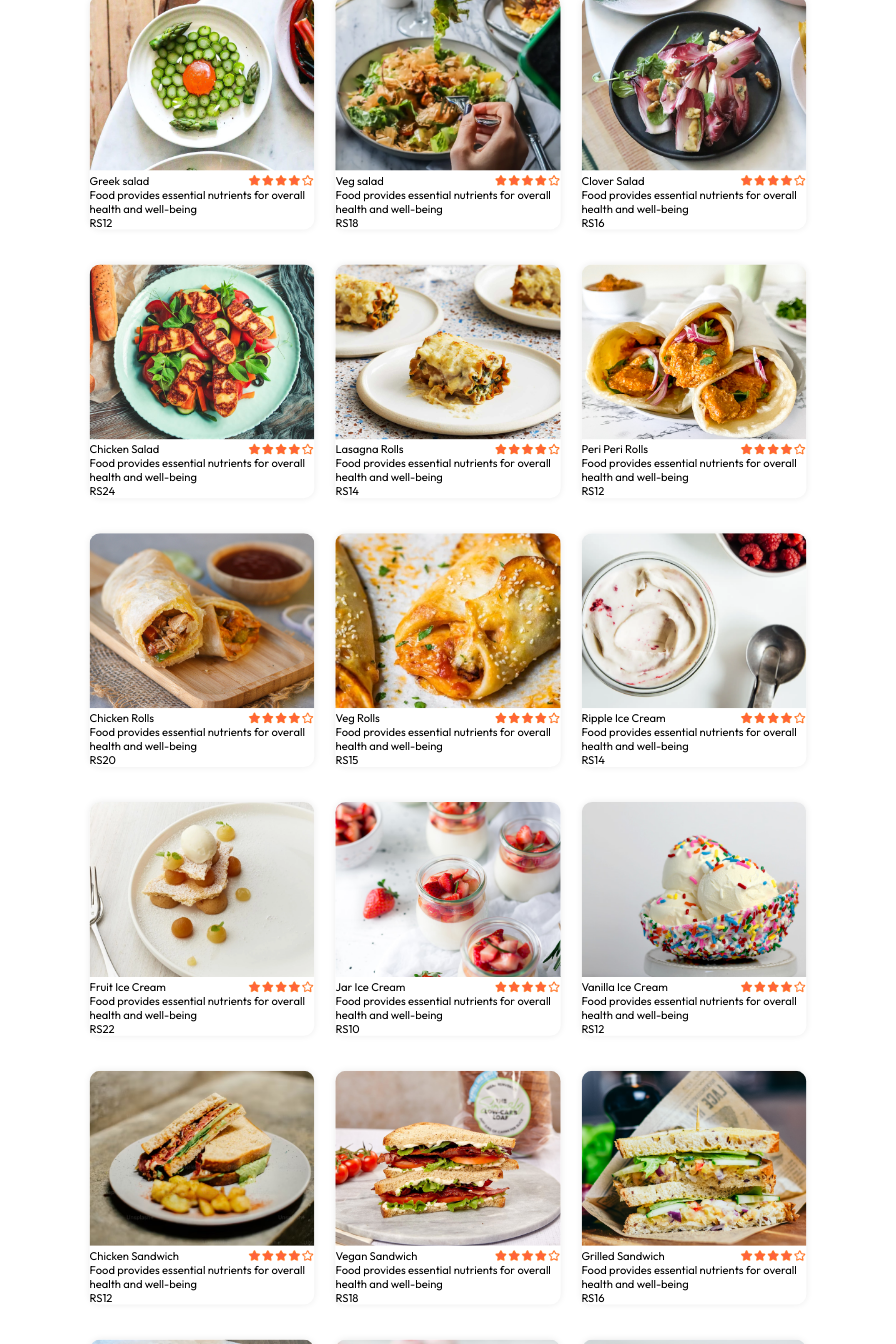
Repository: Attar786/Food-ordering-app
Page: / (app in frontend/)
An editor plug-in stored every save of this project. The page is shown before and after the next save, followed by the edit.
The browser window is 1280 px wide. The pictures show the part of the page from y = 994 to 2914 px (the page is 5162 px tall before and 5602 px after), at 70% of full size.
The project was rebuilt for these pictures with package versions that can differ from the ones it lists, and the page was loaded fresh each time. Also part of the build but not shown: frontend/vite.config.js, frontend/src/pages/Cart/Cart.css, frontend/src/pages/Cart/Cart.jsx, frontend/src/pages/PlaceOrder/PlaceOrder.css, frontend/src/pages/PlaceOrder/PlaceOrder.jsx.

Above is the page before, as saved 2024-07-25 20:53:34.

After the next save:
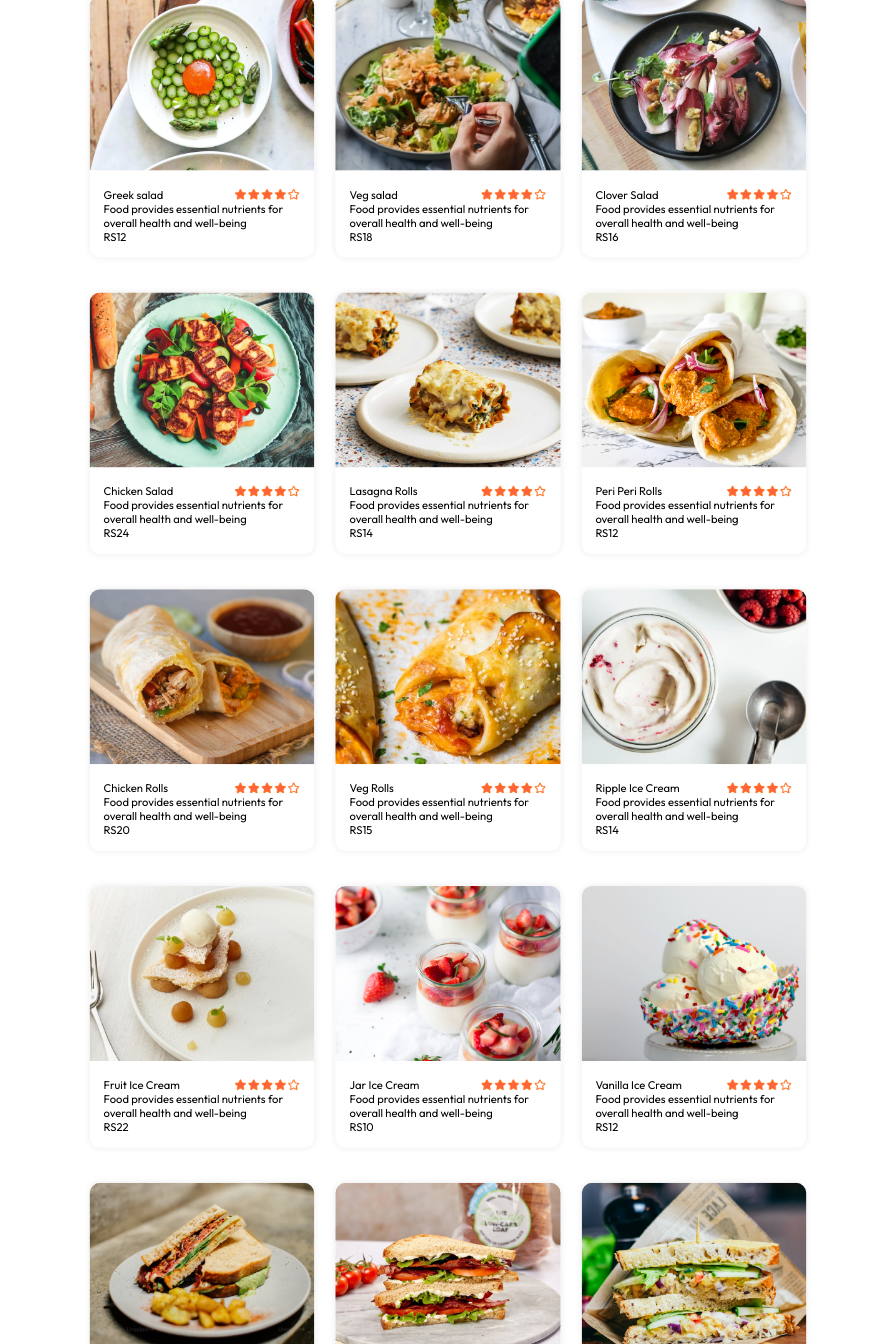
Saved 25 s later.
--- a/frontend/src/components/FoodItem/FoodItem.css
+++ b/frontend/src/components/FoodItem/FoodItem.css
@@ -10,7 +10,7 @@
     border-radius : 15px 15px 0px 0px;
 }
 
-.food-item-details{
+.food-item-info{
     padding: 20px;
 }
 .food-item-name-rating{
